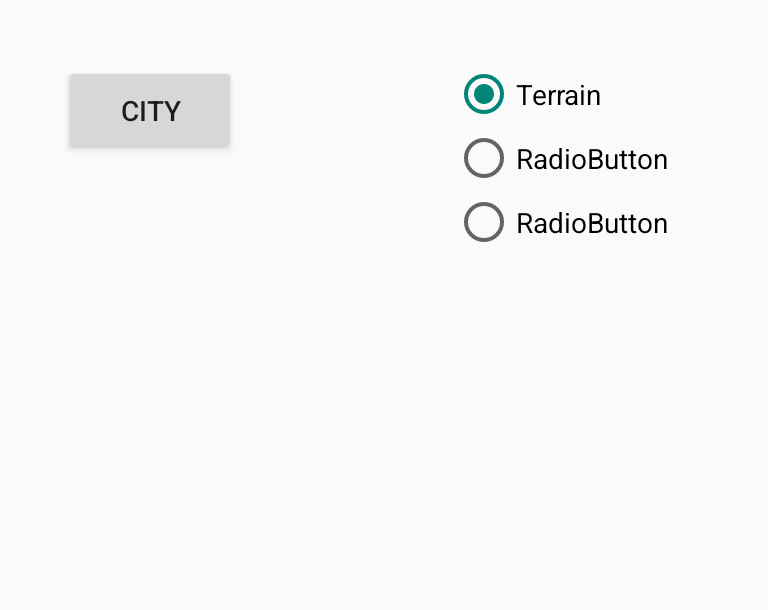
Repository: karakor/SilentSwitch2
Layout: SilentSwitch/res/layout/activity_map.xml
These files come from the project's save history. The layout is drawn as it stood at one moment and after the next save; the edit follows.
The pictures show rows 670 to 1280 of an output 1280 px tall.
It is drawn on a 768 x 1280 px phone screen (xhdpi) without system bars, with theme AppTheme; the app's code is not run.

Above is the layout before, as saved 2015-03-02 10:03:50.

### SilentSwitch/res/layout/activity_map.xml
<RelativeLayout xmlns:android="http://schemas.android.com/apk/res/android"
    xmlns:tools="http://schemas.android.com/tools"
    android:layout_width="match_parent"
    android:layout_height="match_parent"
    android:paddingBottom="@dimen/activity_vertical_margin"
    android:paddingLeft="@dimen/activity_horizontal_margin"
    android:paddingRight="@dimen/activity_horizontal_margin"
    android:paddingTop="@dimen/activity_vertical_margin"
    tools:context="com.example.silentswitch.Map_Screen" >

    <TextView
        android:id="@+id/header"
        android:layout_width="wrap_content"
        android:layout_height="wrap_content"
        android:text="@string/hello_world" />

    <TextView
        android:id="@+id/tv_location"
        android:layout_width="wrap_content"
        android:layout_height="wrap_content"
        android:visibility="invisible" />

    <fragment
        android:id="@+id/map"
        android:name="com.google.android.gms.maps.SupportMapFragment"
        android:layout_width="350dp"
        android:layout_height="300dp"
        android:layout_below="@id/tv_location" >
    </fragment>

    <Button
        android:id="@+id/btnCity"
        android:layout_width="wrap_content"
        android:layout_height="wrap_content"
        android:layout_alignLeft="@+id/map"
        android:layout_below="@+id/map"
        android:layout_marginLeft="15dp"
        android:layout_marginTop="31dp"
        android:text="@string/btn_City" />

    <RadioGroup
        android:id="@+id/radioGroup1"
        android:layout_width="wrap_content"
        android:layout_height="wrap_content"
        android:layout_alignRight="@+id/map"
        android:layout_alignTop="@+id/btnCity"
        android:layout_marginRight="32dp" >

        <RadioButton
            android:id="@+id/radio0"
            android:layout_width="wrap_content"
            android:layout_height="wrap_content"
            android:checked="true"
            android:text="@string/str_rb_terrain" />

        <RadioButton
            android:id="@+id/radio1"
            android:layout_width="wrap_content"
            android:layout_height="wrap_content"
            android:text="RadioButton" />

        <RadioButton
            android:id="@+id/radio2"
            android:layout_width="wrap_content"
            android:layout_height="wrap_content"
            android:text="RadioButton" />
    </RadioGroup>

</RelativeLayout>

### SilentSwitch/res/values/strings.xml
<?xml version="1.0" encoding="utf-8"?>
<resources>

    <string name="app_name">SilentSwitch</string>
    <string name="hello_world">Hello world!</string>
    <string name="action_settings">Settings</string>
    <string name="Alarm_btn">ALARM</string>
    <string name="Map_btn">MAP</string>
    <string name="title_activity_map__screen">Map_Screen</string>
    <string name="btn_City">City</string>
    <string name="str_rb_normal">Normal</string>
    <string name="str_rb_satellite">Satellite</string>
    <string name="menu_settings">Settings</string>
    <string name="str_rb_terrain">Terrain</string>
</resources>

Loaded but not shown: SilentSwitch/res/values/styles.xml (common file); SilentSwitch/res/values-v11/styles.xml (common file); SilentSwitch/res/values-v14/styles.xml (common file); SilentSwitch/res/values/dimens.xml (common file); SilentSwitch/res/values-w820dp/dimens.xml (common file)

After the next save:
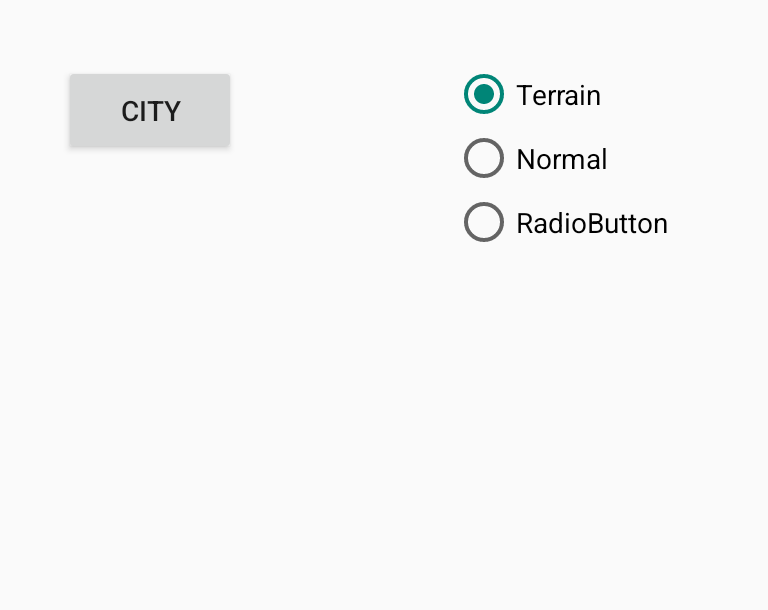
Saved 14 s later.
--- a/SilentSwitch/res/layout/activity_map.xml
+++ b/SilentSwitch/res/layout/activity_map.xml
@@ -57,7 +57,7 @@
             android:id="@+id/radio1"
             android:layout_width="wrap_content"
             android:layout_height="wrap_content"
-            android:text="RadioButton" />
+            android:text="@string/str_rb_normal" />
 
         <RadioButton
             android:id="@+id/radio2"
